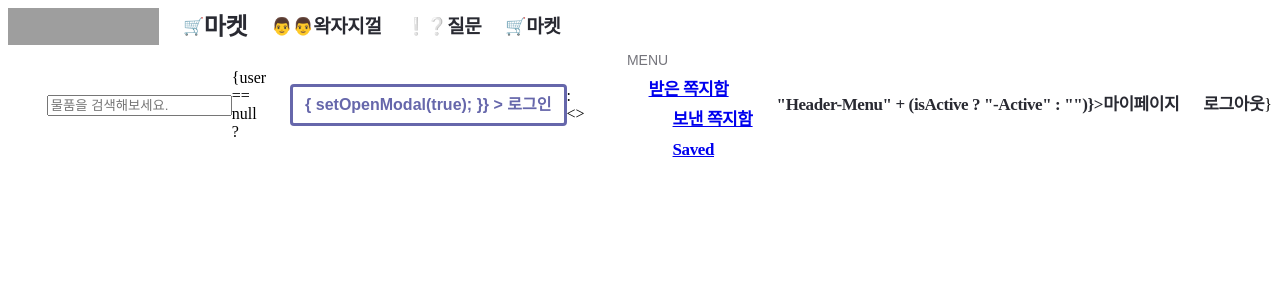
Repository: Khan9389/newDJ_JSP
Page: http://localhost/newDangJang/WEB-INF/jsp/home/main.jsp
The author's editor kept a copy of each file at every save. The page is drawn from the files as they stood at one save, then again after the next save.
The browser window is 1280 px wide. The pictures show the whole page.
Pictures or frames that could not be fetched are drawn as grey boxes. The page is served by Tomcat 9. Nobody is signed in. Other server files are loaded and not shown. The template is opened directly, without the code that normally fills it, so the values that code supplies are empty.

Above is the page before, as saved 2022-06-27 05:52:39.
Console error (its wording comes from the project's code and is left out).

### newDangJang/WebContent/WEB-INF/jsp/home/main.jsp
<%@ page language="java" contentType="text/html; charset=UTF-8"
    pageEncoding="UTF-8"%>
<!DOCTYPE html>
<html>
<head>
<meta charset="UTF-8">
<title>Insert title here</title>
<style type="text/css">
  .Category {
    position: relative;
    height: 100%;
  }
  .MainUl {
    display: flex;
    align-items: center;
    height: 100%;
    margin: 0;
    padding: 0;
    list-style: none;
  }
  ul :first-child {
    margin-left: 0px;
  }
  li {
    margin-left: 24px;
    list-style: none;
    white-space: nowrap;
    color: #292a32;
    font-size: 17px;
    font-weight: 900;
    letter-spacing: -0.4px;
    line-height: 30px;
    //color : #6667AB;
  }
  .Header-Menu {
    text-decoration: none;
    margin-left: 24px;
    list-style: none;
    white-space: nowrap;
    color: #292a32;
    font-size: 19px;
    font-weight: 900;
    letter-spacing: -0.4px;
    line-height: 30px;
  }
  .Header-Menu:hover {
    font-size: 24px;
  }
  .Header-Menu-Active {
    text-decoration: none;
    margin-left: 24px;
    list-style: none;
    white-space: nowrap;
    color: #292a32;
    font-weight: 900;
    letter-spacing: -0.4px;
    line-height: 30px;
    font-size: 24px;
  }

  .right-content {
    display: flex;
    position: absolute;
    justify-content: flex-end;
    width: 30%;
    right: 0px;
  }

  button {
    cursor: pointer;
    background: transparent;
    color: rgb(116, 116, 123);
    font-size: 14px;
    min-width: 78px;
    width: auto;
    padding: 0px;
    border: 0px;
  }

  button.mainButton {
    cursor: pointer;
    display: inline-block;
    font-weight: 900;
    line-height: 1.5;
    color: #6667ab;
    text-align: center;
    text-decoration: none;
    vertical-align: middle;
    cursor: pointer;
    -webkit-user-select: none;
    -moz-user-select: none;
    user-select: none;
    background-color: transparent;
    border: 3px solid transparent;
    padding: 0.375rem 0.75rem;
    font-size: 1rem;
    border-radius: 0.25rem;
    border-color :#6667AB;
    transition: color .15s
      ease-in-out,background-color .15s
      ease-in-out,border-color .15s
      ease-in-out,box-shadow .15s
      ease-in-out;

  }

  button.sign-up {
    text-align: center;
    border-radius: 6px;
    font-weight: 500;
    line-height: 20px;
    box-sizing: border-box;
    width: auto;
    min-width: 86px;
    height: 32px;
    color: rgb(53, 53, 53);
    padding: 5px 14px 6px;
    border: 1px solid rgba(116, 116, 123, 0.5);
  }

  img {
    object-fit: cover;
    width: 151px;
    height: 37px;
  }

  li,label{
    display:flex;
    backgroundColor :#E6E6FA;

  }
</style>
</head>
<body>
	<header>
	 <div class="Category">

	 <div class="left-content">
          <ul class="MainUl">
       		<li><Link to="/"><img src={LogoPath} alt=""></img></Link></li>
            <li>🛒<a href="javascript:void(0)" class="Header-Menu-Active">마켓</a></li>
            <li>👨‍👨<a href="javascript:void(0)" class="Header-Menu">왁자지껄</a></li>
            <li>❕❔<a href="javascript:void(0)" class="Header-Menu">질문</a></li>
            <li>🛒<a href="javascript:void(0)" class="Header-Menu">마켓</a></li>
          </ul>
	 </div>



            <div class="right-content">
              <ul class="MainUl">
                <li>
                  <Label width="300px" padding="12px 15px 11px 46px">
                    <Input
                      name="search"
                      placeholder="물품을 검색해보세요."
                      autocomplete="off"
                    />
                  </Label>
                </li>

                {user == null ? <li>
                  <button
                    class="mainButton"
                    onClick={() => {
                      setOpenModal(true);
                    }}
                  >
                    로그인
                  </button>
                </li>
                :
                <>
                 <li>
                <div class="container">
                  <div class="menu-container" style={{

                      textAlign: "center",
                      width : '50px',
                      height :'auto'
                      }}>
                    <button onClick={onClick} class="menu-trigger">
                    <span style={{

                      textAlign: "center",
                      width : '380px',
                      height :'auto'
                      }}>MENU</span>

                    </button>
                    <nav
                      ref={dropdownRef}
                      class={`menu ${isActive ? "active" : "inactive"}`}
                    >
                      <ul>
                        <li>
                          <a href="/mybox">받은 쪽지함</a>
                        </li>
                        <li>
                          <a href="/mysendbox">보낸 쪽지함</a>
                        </li>
                        <li>
                          <a href="#">Saved</a>
                        </li>
                      </ul>
                    </nav>
                  </div>
               </div>

                </li>
                <li>
                <NavLink to="/mypage" class={({ isActive }) => "Header-Menu" + (isActive ? "-Active" : "")}>마이페이지</NavLink>
                </li>
                <li onClick={onClickLogout}>로그아웃</li>
                </>
                }


              </ul>
            </div>


        </div>
	</header>
</body>
</html>

After the next save:
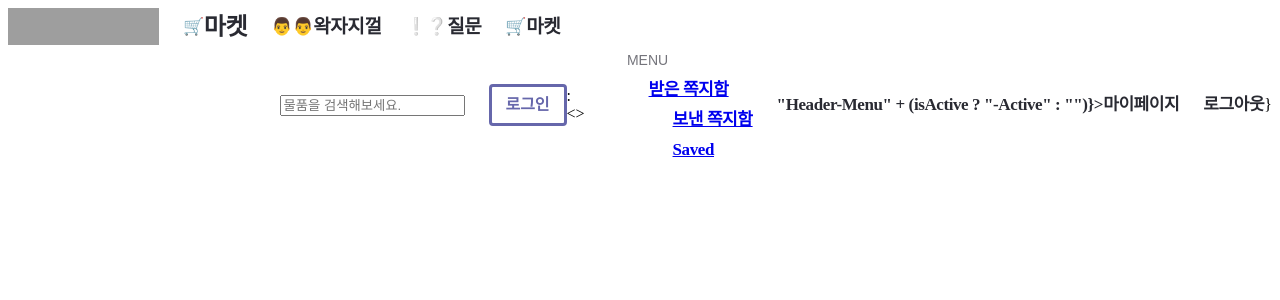
The error is gone.
Saved 60 s later.
--- a/newDangJang/WebContent/WEB-INF/jsp/home/main.jsp
+++ b/newDangJang/WebContent/WEB-INF/jsp/home/main.jsp
@@ -151,23 +151,12 @@
               <ul class="MainUl">
                 <li>
                   <Label width="300px" padding="12px 15px 11px 46px">
-                    <Input
-                      name="search"
-                      placeholder="물품을 검색해보세요."
-                      autocomplete="off"
-                    />
+                    <Input name="search" placeholder="물품을 검색해보세요." autocomplete="off"/>
                   </Label>
                 </li>
 
-                {user == null ? <li>
-                  <button
-                    class="mainButton"
-                    onClick={() => {
-                      setOpenModal(true);
-                    }}
-                  >
-                    로그인
-                  </button>
+                <li>
+                  <button class="mainButton">로그인</button>
                 </li>
                 :
                 <>
